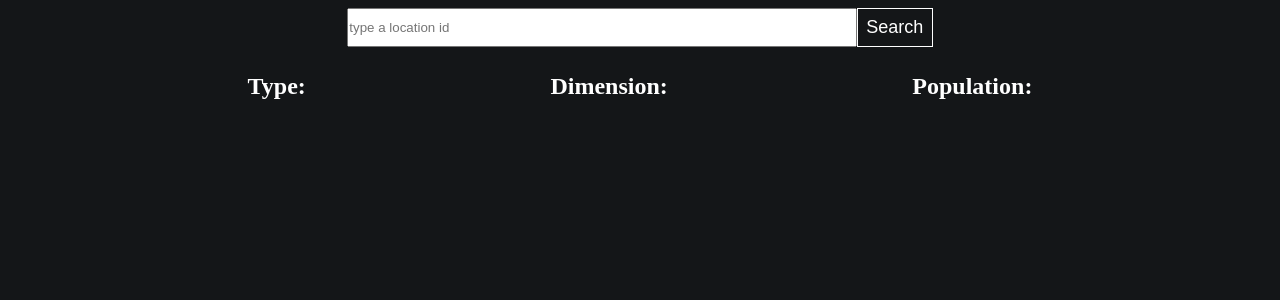
Repository: RobertAries28/ApiRickyMortin
Page: /
An editor plug-in stored every save of this project. The page is shown before and after the next save, followed by the edit.
The browser window is 1280 px wide. The pictures show the whole page.
The page's requests for data from a server got no answer. The project was rebuilt for these pictures with package versions that can differ from the ones it lists, and the page was loaded fresh each time. No one was signed in, and anything a server would have sent is missing. Also part of the build but not shown: src/ResidentInfo.js.

Above is the page before, as saved 2022-04-29 09:55:14.

After the next save:
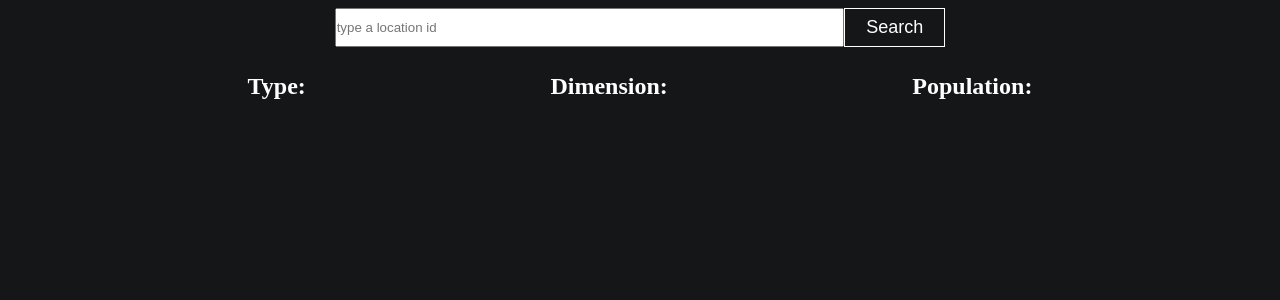
Saved 31 s later.
--- a/src/index.css
+++ b/src/index.css
@@ -80,7 +80,7 @@ body{
 }
 
 .searchBox button{
-  width: 6%;
+  width: 8%;
   background: #141618;
   color: white;
   font-size: 18px;
